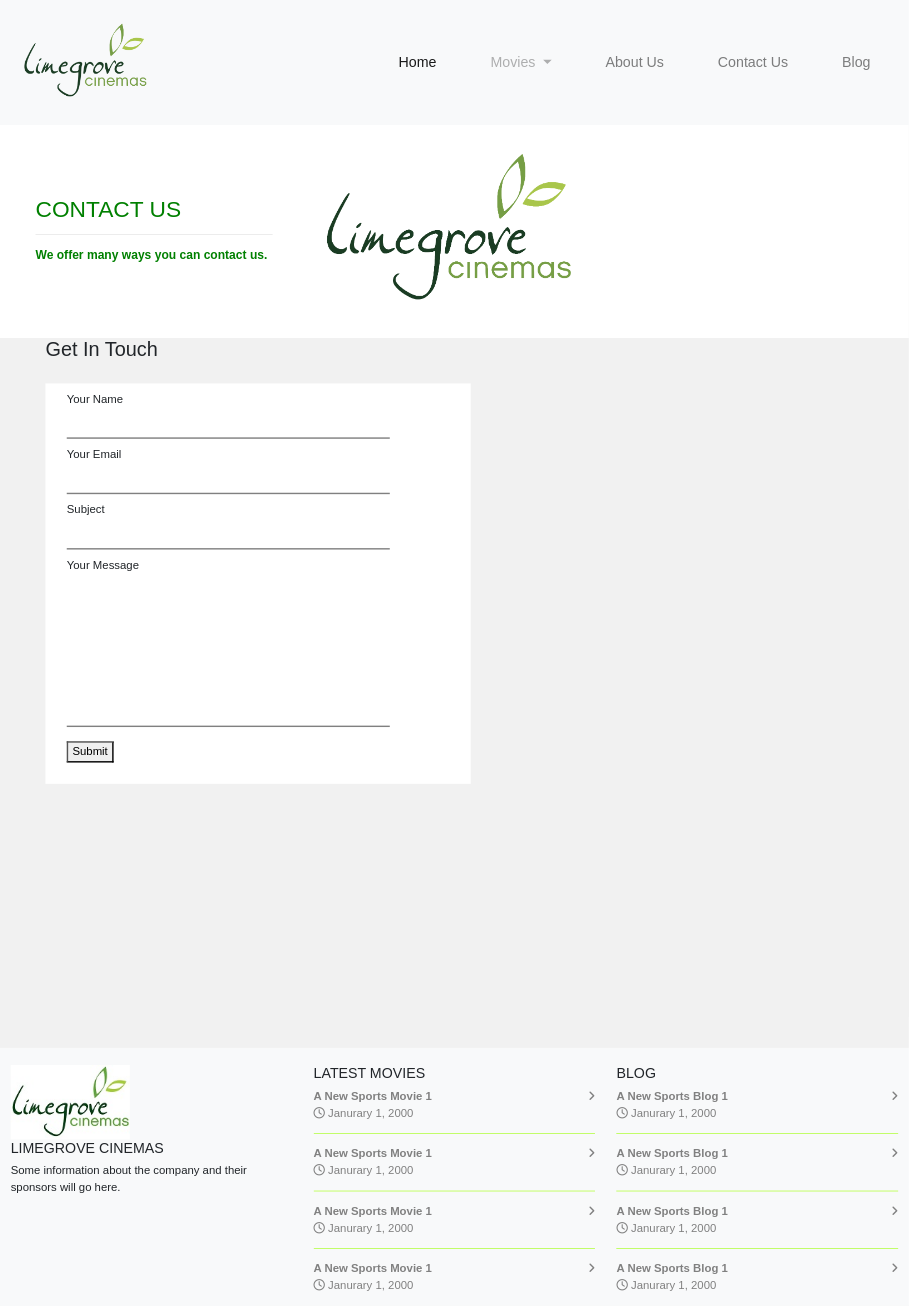
Repository: SimplyZacc/movie-web-template
Page: http://localhost/contactus.php
The author's editor kept a copy of each file at every save. The page is drawn from the files as they stood at one save, then again after the next save.
The browser window is 1280 px wide. The pictures show the whole page, at 71% of full size.
Some web libraries are served in a nearby version. The page is run by PHP 8.4 with error messages shown; the project is at /var/www/html/.

Above is the page before, as saved 2020-03-28 19:26:13.

### contactus.php
<?php
//set page vars
$title = "Contact Us";
//include page header
include "templates/header.php";
?>

<div class="contact-head">
    <div class="contact-head-body">
        <h2>CONTACT US</h2>
        <hr>
        <p>We offer many ways you can contact us.</p>
    </div>
</div>

<div class="contact-body">
    <div class="contact-body-sub">
        <div class="contact-right">
        </div>
        <div class="contact-left">
            <form action="/">
                <h3>Get In Touch</h3>
                <div class="contact-form-info">
                    <div class="contact-form-info2">
                        <p class="contact-form-text">Your Name</p>
                        <input type="text" name="name" class="contact-form-input">
                        <p class="contact-form-text">Your Email</p>
                        <input type="text" name="email" class="contact-form-input">
                        <p class="contact-form-text">Subject</p>
                        <input type="text" name="subject" class="contact-form-input">
                        <p class="contact-form-text">Your Message</p>
                        <input type="text" name="message" class="contact-form-textbox">
                        <br>
                        <button type="submit" class="contact-form-button">Submit</button>
                    </div>
                </div>
            </form>
        </div>
    </div>
</div>

<?php include "templates/footer.php"; ?>

### templates/header.php
<?php
session_start();
?>
<!DOCTYPE html>
<html lang="en">

<head>
    <meta charset="UTF-8">
    <meta name="viewport" content="width=device-width, initial-scale=1.0">

    <title>
        <?php
        $default_header = "Limegrove Cinemas";
        if (isset($title)) {
            echo "Limegrove Cinemas - " . $title;
        } else {
            echo $default_header;
        }
        ?>
    </title>

    <!-- CSS -->
    <link rel="stylesheet" href="https://stackpath.bootstrapcdn.com/bootstrap/4.4.1/css/bootstrap.min.css" integrity="sha384-Vkoo8x4CGsO3+Hhxv8T/Q5PaXtkKtu6ug5TOeNV6gBiFeWPGFN9MuhOf23Q9Ifjh" crossorigin="anonymous">
    <link rel="stylesheet" href="assets/css/styles.css">
    <link rel="stylesheet" href="movie-web-template/assets/css/styles.css">

    <!-- JavaScript -->
    <script src="https://code.jquery.com/jquery-3.4.1.slim.min.js" integrity="sha384-J6qa4849blE2+poT4WnyKhv5vZF5SrPo0iEjwBvKU7imGFAV0wwj1yYfoRSJoZ+n" crossorigin="anonymous"></script>
    <script src="https://cdn.jsdelivr.net/npm/popper.js@1.16.0/dist/umd/popper.min.js" integrity="sha384-Q6E9RHvbIyZFJoft+2mJbHaEWldlvI9IOYy5n3zV9zzTtmI3UksdQRVvoxMfooAo" crossorigin="anonymous"></script>
    <script src="https://stackpath.bootstrapcdn.com/bootstrap/4.4.1/js/bootstrap.min.js" integrity="sha384-wfSDF2E50Y2D1uUdj0O3uMBJnjuUD4Ih7YwaYd1iqfktj0Uod8GCExl3Og8ifwB6" crossorigin="anonymous"></script>
    <script src="https://kit.fontawesome.com/e9662c41f5.js" crossorigin="anonymous"></script>

</head>

<body>

    <nav class="navbar navbar-expand-lg navbar-light bg-light">


        <div class="collapse navbar-collapse" id="navbarSupportedContent">
            <ul class="navbar-nav mr-auto">
                <a class="navbar-brand" href="#"><img src="assets/images/lgcgreenlogo.png" alt="Cinema Logo" style="width: auto;height: 150px"></a>
                <button class="navbar-toggler" type="button" data-toggle="collapse" data-target="#navbarSupportedContent" aria-controls="navbarSupportedContent" aria-expanded="false" aria-label="Toggle navigation">
                    <span class="navbar-toggler-icon"></span>
                </button>
            </ul>

            <ul class="navbar-nav navbar-right">

                <li class="nav-item active p-r-10">
                    <a class="nav-link" href="#">Home <span class="sr-only">(current)</span></a>
                </li>
                <li class="nav-item dropdown p-r-10">
                    <a class="nav-link dropdown-toggle disabled" href="#" id="navbarDropdown" role="button" data-toggle="dropdown" aria-haspopup="true" aria-expanded="false">
                        Movies
                    </a>
                    <div class="dropdown-menu" aria-labelledby="navbarDropdown">
                        <a class="dropdown-item" href="#">Recently Added</a>
                        <a class="dropdown-item" href="#">Popular</a>
                        <a class="dropdown-item" href="#">Soon Added</a>
                    </div>
                </li>

                <li class="nav-item ">
                    <a class="nav-link" href="aboutus.php">About Us</a>
                </li>

                <li class="nav-item p-r-10">
                    <a class="nav-link" href="contactus.php">Contact Us</a>
                </li>

                <li class="nav-item p-r-10">
                    <a class="nav-link" href="blog.php">Blog</a>
                </li>
            </ul>

        </div>
    </nav>

### templates/footer.php
<footer class="page-footer font-small pt-4 bg-light">

    <div class="container-fluid text-center text-md-left">

        <div class="row">

            <div class="col-md-4 mt-md-0 mt-3">

                <img src="assets/images/logo.jpg" alt="">
                <h5 class="text-uppercase">Limegrove Cinemas</h5>
                <p style="height: 100px">Some information about the company and their sponsors will go here.</p>

            </div>

            <hr class="clearfix w-100 d-md-none pb-3">

            <div class="col-md-4 mb-md-0 mb-3">

                <h5 class="text-uppercase bold">Latest Movies</h5>

                <ul class="list-unstyled grey">
                    <li>
                        <a href="#" class="footer-link">A New Sports Movie 1 <span style="float: right"><i class="fas fa-angle-right"></i></span></a>
                        <br>
                        <p><i class="far fa-clock"></i> Janurary 1, 2000</p>
                    </li>
                    <hr style="border-color: greenyellow;">
                    <li>
                        <a href="#" class="footer-link">A New Sports Movie 1 <span style="float: right"><i class="fas fa-angle-right"></i></span></a>
                        <br>
                        <p><i class="far fa-clock"></i> Janurary 1, 2000</p>
                    </li>
                    <hr style="border-color: greenyellow;">
                    <li>
                        <a href="#" class="footer-link">A New Sports Movie 1 <span style="float: right"><i class="fas fa-angle-right"></i></span></a>
                        <br>
                        <p><i class="far fa-clock"></i> Janurary 1, 2000</p>
                    </li>
                    <hr style="border-color: greenyellow;">
                    <li>
                        <a href="#" class="footer-link">A New Sports Movie 1 <span style="float: right"><i class="fas fa-angle-right"></i></span></a>
                        <br>
                        <p><i class="far fa-clock"></i> Janurary 1, 2000</p>
                    </li>
                </ul>

            </div>

            <hr class="clearfix w-100 d-md-none pb-3">

            <div class="col-md-4 mb-md-0 mb-3">

                <h5 class="text-uppercase bold">Blog</h5>

                <ul class="list-unstyled grey">
                    <li>
                        <a href="#" class="footer-link">A New Sports Blog 1 <span style="float: right"><i class="fas fa-angle-right"></i></span></a>
                        <br>
                        <p><i class="far fa-clock"></i> Janurary 1, 2000</p>
                    </li>
                    <hr style="border-color: greenyellow;">
                    <li>
                        <a href="#" class="footer-link">A New Sports Blog 1 <span style="float: right"><i class="fas fa-angle-right"></i></span></a>
                        <br>
                        <p><i class="far fa-clock"></i> Janurary 1, 2000</p>
                    </li>
                    <hr style="border-color: greenyellow;">
                    <li>
                        <a href="#" class="footer-link">A New Sports Blog 1 <span style="float: right"><i class="fas fa-angle-right"></i></span></a>
                        <br>
                        <p><i class="far fa-clock"></i> Janurary 1, 2000</p>
                    </li>
                    <hr style="border-color: greenyellow;">
                    <li>
                        <a href="#" class="footer-link">A New Sports Blog 1 <span style="float: right"><i class="fas fa-angle-right"></i></span></a>
                        <br>
                        <p><i class="far fa-clock"></i> Janurary 1, 2000</p>
                    </li>
                </ul>

            </div>

        </div>

    </div>

</footer>

</body>
</html>

### assets/css/styles.css
*{
    font-family: Arial, Helvetica, sans-serif;
}

.hr{
    border-color: whitesmoke;
}

.grey{
    color: grey;
}

.footer-link{
    font-weight: bold;
    text-decoration: none;
    color: grey;
}

.footer-link:hover{
    text-decoration: none;
    color: #13df13;
    transition-duration: 0.5s;
}

.navbar-nav > li{
    padding-left:30px;
    padding-right:30px;
    font-size: 20px;
}

/****************************************** Contact Us Page ******************************************/

.contact-head{
    height: 300px;
    width: 100%;
    background-image: url('/assets/images/lgcgreenlogo.png');
    background-position-x: center;
    background-repeat: no-repeat;
    background-size: contain;
}

.contact-head-body{
    font-weight: bold;
    font-size: 17px;
    color: green;
    width: 30%;
    padding-left: 50px;
    padding-top: 100px;
}

.contact-body{
    height: 1000px;
    background-color: rgb(241, 241, 241);
}

.contact-body-sub{
    width: 90%;
    margin-left: auto;
    margin-right: auto;
}

.contact-right{
    float: right;
    width: 35%;
}

.contact-left{
    float: left;
    width: 65%;
}

.contact-form-info{
    margin-top: 30px;
    background-color: white;
    width: 80%;
}


.contact-form-info2{
    padding-left: 30px;
}

.contact-form-text{
    padding-top: 10px;
}

.contact-form-button{
    margin-top: 20px;
    margin-bottom: 30px;
}

.contact-form-input{
    width: 80%;
    border: none;
    outline: none;
    border-bottom: 2px solid grey;
    background-color: transparent;
    cursor: default;
}

.contact-form-input:hover{
    border-bottom: 2px solid #13df13;
    transition-duration: 0.5s;
}

.contact-form-textbox{
    width: 80%;
    height: 200px;
    border: none;
    outline: none;
    border-bottom: 2px solid grey;
    background-color: transparent;
    cursor: default;
}

.contact-form-textbox:hover{
    border-bottom: 2px solid #13df13;
    transition-duration: 0.5s;
}

After the next save:
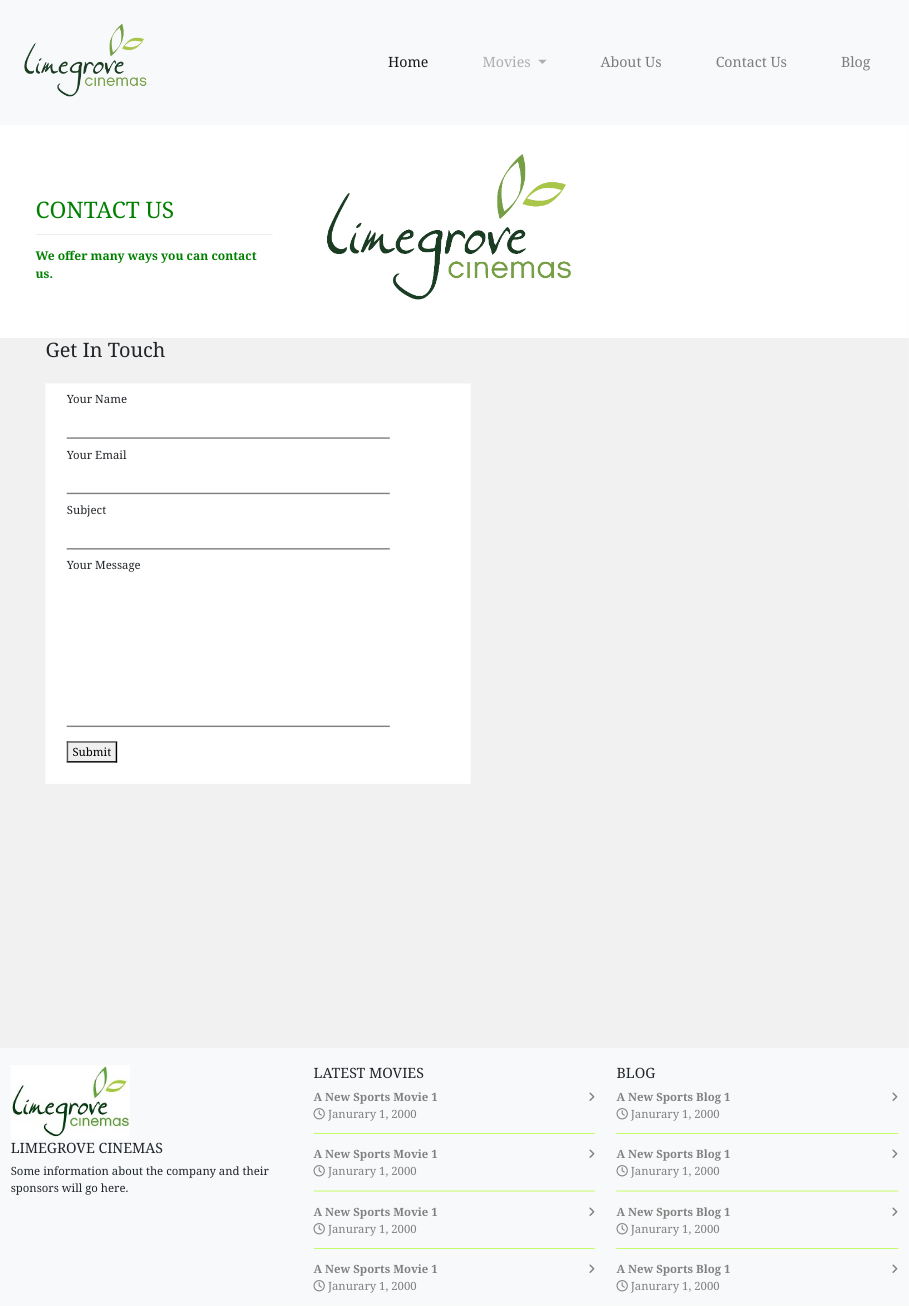
Saved 12 s later.
--- a/assets/css/styles.css
+++ b/assets/css/styles.css
@@ -1,5 +1,5 @@
 *{
-    font-family: Arial, Helvetica, sans-serif;
+    font-family: Cambria, Cochin, Georgia, Times, 'Times New Roman', serif;
 }
 
 .hr{
